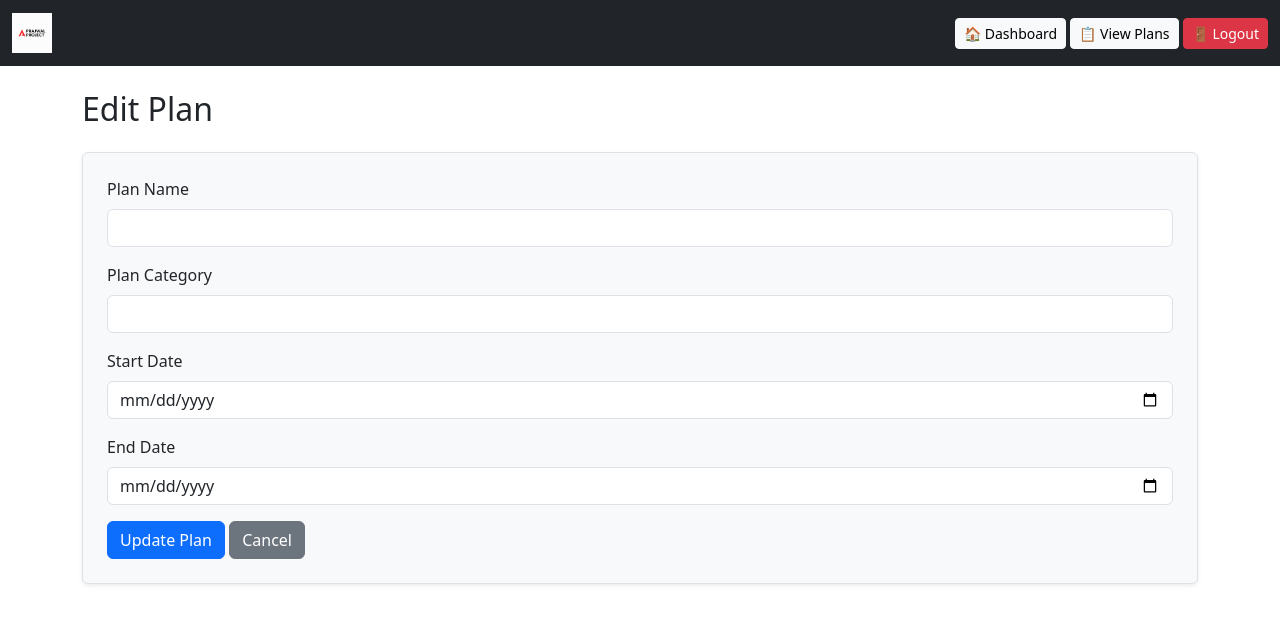
Repository: PRAJWALSINKAR/Spring_boot_Major_Projects
Page: http://localhost/edit-plan
These files come from the project's save history. The page is drawn as it stood at one moment and after the next save; the edit follows.
The browser window is 1280 px wide. The pictures show the whole page.
The page is this project's Thymeleaf template; nobody is signed in. The template is opened directly, without the code that normally fills it, so the values that code supplies are empty.

Above is the page before, as saved 2025-08-06 18:20:35.

### IES-Integrated_Eligibility_system/src/main/resources/templates/edit-plan.html
<!DOCTYPE html>
<html xmlns:th="http://www.thymeleaf.org">
<head>
    <title>Edit Plan</title>
    <link rel="stylesheet" href="https://cdn.jsdelivr.net/npm/bootstrap@5.3.2/dist/css/bootstrap.min.css"/>
    <style>
        .navbar-custom {
            background-color: #343a40;
        }
        .navbar-brand img {
            height: 40px;
        }
    </style>
</head>
<body>
<nav class="navbar navbar-expand-lg navbar-dark bg-dark">
    <div class="container-fluid">
        <a class="navbar-brand" href="#">
            <img th:src="@{/images/myName-Logo.png}" alt="Logo" width="40" height="40"/>
        </a>
        <div class="ms-auto">
            <a href="/dashboard" class="btn btn-light btn-sm">🏠 Dashboard</a>
            <a href="/plan/view" class="btn btn-light btn-sm">📋 View Plans</a>
            <a href="/logout" class="btn btn-danger btn-sm">🚪 Logout</a>
        </div>
    </div>
</nav>


<div class="container mt-4">
    <h2 class="mb-4">Edit Plan</h2>

    <form th:action="@{/plan/save}" method="post" th:object="${plan}" class="border p-4 rounded shadow-sm bg-light">
        <input type="hidden" th:field="*{id}"/>

        <div class="mb-3">
            <label class="form-label">Plan Name</label>
            <input type="text" th:field="*{planName}" class="form-control" required/>
        </div>

        <div class="mb-3">
            <label class="form-label">Plan Category</label>
            <input type="text" th:field="*{planCategory}" class="form-control" required/>
        </div>

        <div class="mb-3">
            <label class="form-label">Start Date</label>
            <input type="date" th:field="*{planStartDate}" class="form-control"/>
        </div>

        <div class="mb-3">
            <label class="form-label">End Date</label>
            <input type="date" th:field="*{planEndDate}" class="form-control"/>
        </div>

        <button type="submit" class="btn btn-primary">Update Plan</button>
        <a href="/plan/view" class="btn btn-secondary">Cancel</a>
    </form>
</div>
</body>
</html>

After the next save:
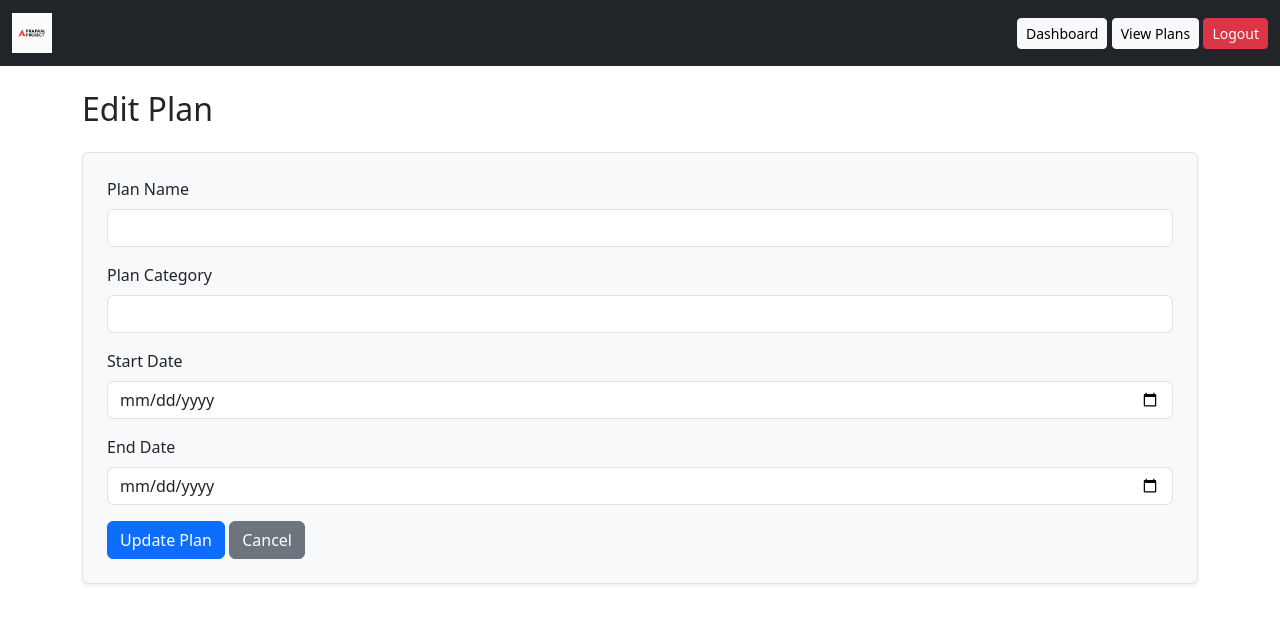
Saved 33 s later.
--- a/IES-Integrated_Eligibility_system/src/main/resources/templates/edit-plan.html
+++ b/IES-Integrated_Eligibility_system/src/main/resources/templates/edit-plan.html
@@ -19,9 +19,9 @@
             <img th:src="@{/images/myName-Logo.png}" alt="Logo" width="40" height="40"/>
         </a>
         <div class="ms-auto">
-            <a href="/dashboard" class="btn btn-light btn-sm">🏠 Dashboard</a>
-            <a href="/plan/view" class="btn btn-light btn-sm">📋 View Plans</a>
-            <a href="/logout" class="btn btn-danger btn-sm">🚪 Logout</a>
+            <a href="/dashboard" class="btn btn-light btn-sm"> Dashboard</a>
+            <a href="/plan/view" class="btn btn-light btn-sm"> View Plans</a>
+            <a href="/logout" class="btn btn-danger btn-sm">Logout</a>
         </div>
     </div>
 </nav>
